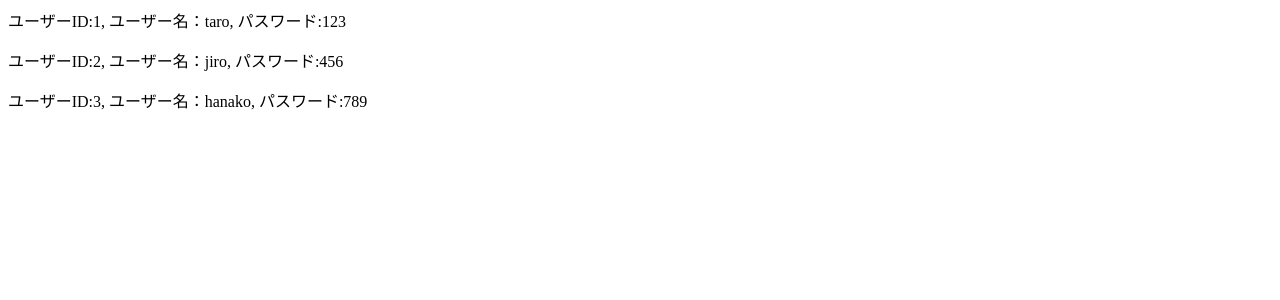
Repository: KeisukeNakamura038/test
Page: http://localhost/HelloServlet/MySQLServlet
An editor plug-in stored every save of this project. The page is shown before and after the next save, followed by the edit.
The browser window is 1280 px wide. The pictures show the whole page.
The page is served by Tomcat 9. Other server files are loaded and not shown. The database holds what the project's SQL file puts in it.

Above is the page before, as saved 2019-10-31 05:38:30.

### HelloServlet/src/MySQLServlet.java

import java.io.IOException;
import java.io.PrintWriter;
import java.sql.Connection;
import java.sql.DriverManager;
import java.sql.ResultSet;
import java.sql.SQLException;
import java.sql.Statement;

import javax.servlet.ServletException;
import javax.servlet.annotation.WebServlet;
import javax.servlet.http.HttpServlet;
import javax.servlet.http.HttpServletRequest;
import javax.servlet.http.HttpServletResponse;

@WebServlet("/MySQLServlet")
public class MySQLServlet extends HttpServlet {

	public MySQLServlet() {
		super();
	}

	protected void doGet(HttpServletRequest request, HttpServletResponse response)
			throws ServletException, IOException {
		request.setCharacterEncoding("UTF-8");
		response.setContentType("text/html; charset=UTF-8");

		PrintWriter out = response.getWriter();

		out.println("<html>");
		out.println("<head>");
		out.println("<title>データベーステスト</title>");
		out.println("</head>");
		out.println("<body>");

		Connection conn = null;
		String url = "jdbc:mysql://localhost/testdb";
		String user = "root";
		String password = "mysql";

		try {
			Class.forName("com.mysql.jdbc.Driver").newInstance();
			conn = DriverManager.getConnection(url, user, password);

			Statement stmt = conn.createStatement();
			String sql = "SELECT * FROM test_table";
			ResultSet rs = stmt.executeQuery(sql);

			while (rs.next()) {
				int userId = rs.getInt("user_id");
				String userName = rs.getString("user_name");
				String userPassword = rs.getString("password");

				out.println("<p>");
				out.println("ユーザーID:" + userId + ", ユーザー名：" + userName + ", パスワード:" + userPassword);
				out.println("<p>");
			}

			rs.close();
			stmt.close();

		} catch (ClassNotFoundException e) {
			out.println("ClassNotFoundException:" + e.getMessage());
		} catch (SQLException e) {
			out.println("Exception:" + e.getMessage());
		} catch (Exception e) {
			out.println("Exception:" + e.getMessage());
		} finally {
			try {
				if (conn != null) {
					conn.close();
				}
			} catch (SQLException e) {
				out.println("SQLException:" + e.getMessage());
			}
		}

		out.println("</body>");
		out.println("</html>");

	}

}

### HelloServlet/sql/testdb.sql (the tables this page reads)
create table test_table(
user_id int,
user_name varchar(255),
password varchar(255));

insert into test_table values(1,"taro","123");

insert into test_table values(2,"jiro","456");

insert into test_table values(3,"hanako","789");

After the next save:
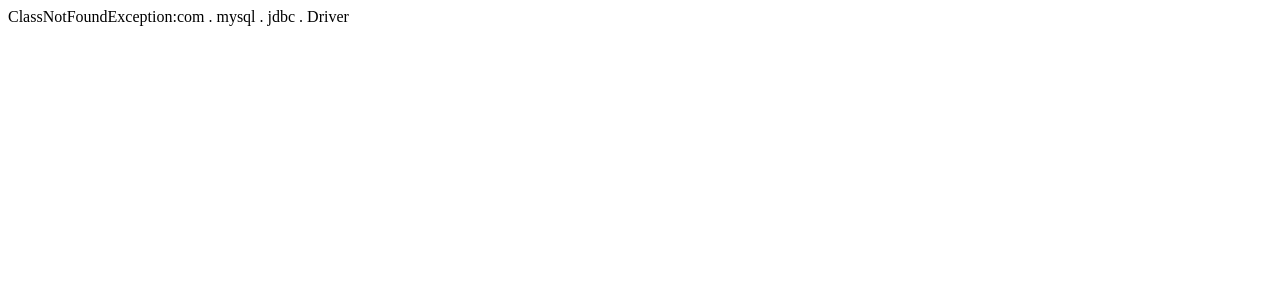
Saved 7 min 12 s later.
--- a/HelloServlet/src/MySQLServlet.java
+++ b/HelloServlet/src/MySQLServlet.java
@@ -39,7 +39,7 @@ public class MySQLServlet extends HttpServlet {
 		String password = "mysql";
 
 		try {
-			Class.forName("com.mysql.jdbc.Driver").newInstance();
+			Class.forName("com . mysql . jdbc . Driver").newInstance();
 			conn = DriverManager.getConnection(url, user, password);
 
 			Statement stmt = conn.createStatement();
